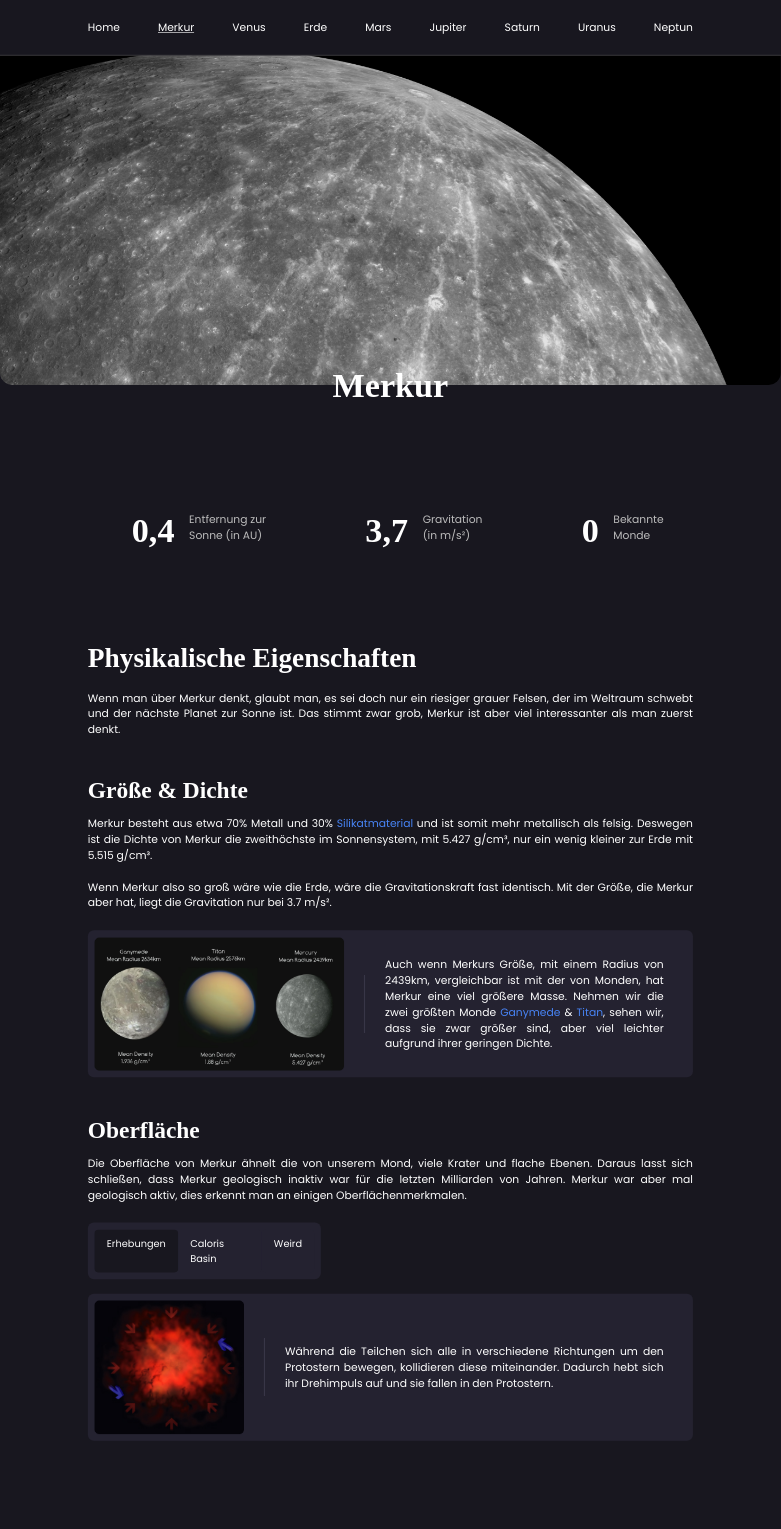
Repository: moreno-livak/solar
Page: dist/html/merkur.html
An editor plug-in stored every save of this project. The page is shown before and after the next save, followed by the edit.
The browser window is 1280 px wide. The pictures show the whole page, at 61% of full size.
The style sheet was rebuilt from its Sass, Less or Tailwind sources for each picture, by a compiler version that may differ from the author's.

Above is the page before, as saved 2022-05-07 13:21:50.

After the next save:
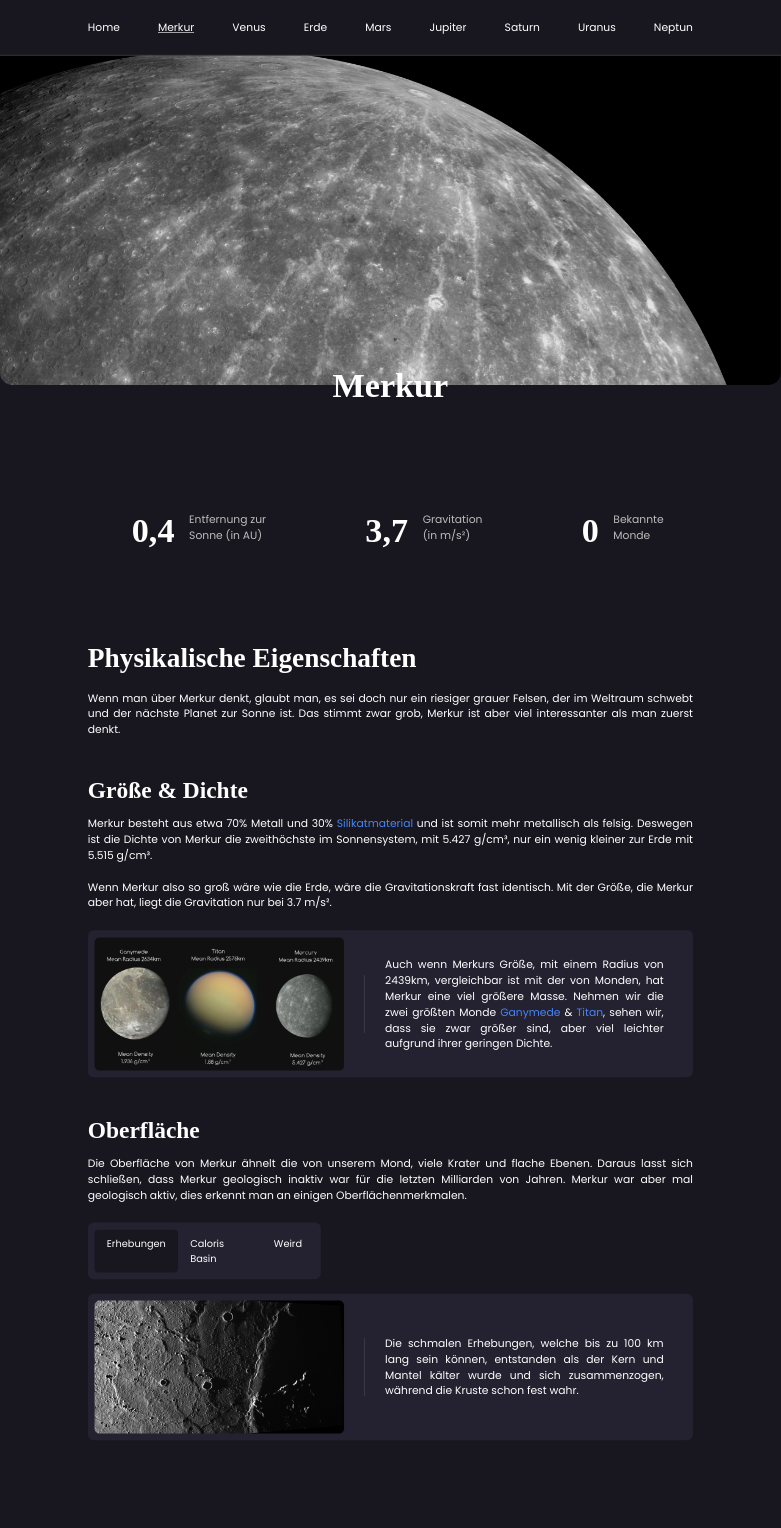
Saved 53 s later.
--- a/dist/html/merkur.html
+++ b/dist/html/merkur.html
@@ -122,11 +122,11 @@
         </div>
 
         <div id="about" class="content active">
-            <img src="assets/stadium1.png" alt="Jupiter-Ebene-Beispiel">
+            <img src="../assets/Merkur/erhebungen.png" alt="Jupiter-Ebene-Beispiel">
             <div class="vl"></div>
-            <p>Während die Teilchen sich alle in verschiedene Richtungen um den
-            Protostern bewegen, kollidieren diese miteinander. Dadurch hebt sich
-            ihr Drehimpuls auf und sie fallen in den Protostern.</p>
+            <p>Die schmalen Erhebungen, welche bis zu 100 km lang sein können,
+              entstanden als der Kern und Mantel kälter wurde und sich zusammenzogen,
+              während die Kruste schon fest wahr.</p>
         </div>
 
         <div id="delivery" class="content">
